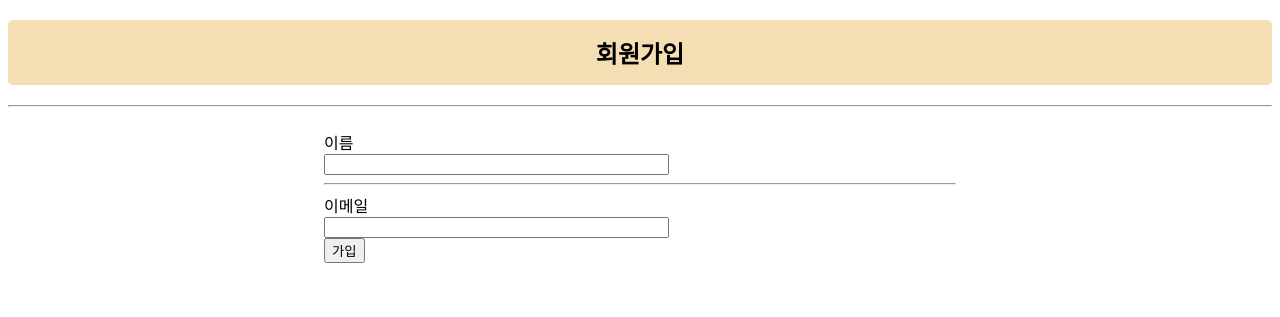
Repository: Hiron-Musk/JSP_ex
Page: jwbook/src/main/webapp/ch03/reform.html
The author's editor kept a copy of each file at every save. The page is drawn from the files as they stood at one save, then again after the next save.
The browser window is 1280 px wide. The pictures show the whole page.

Above is the page before, as saved 2024-03-08 05:30:39.

After the next save:
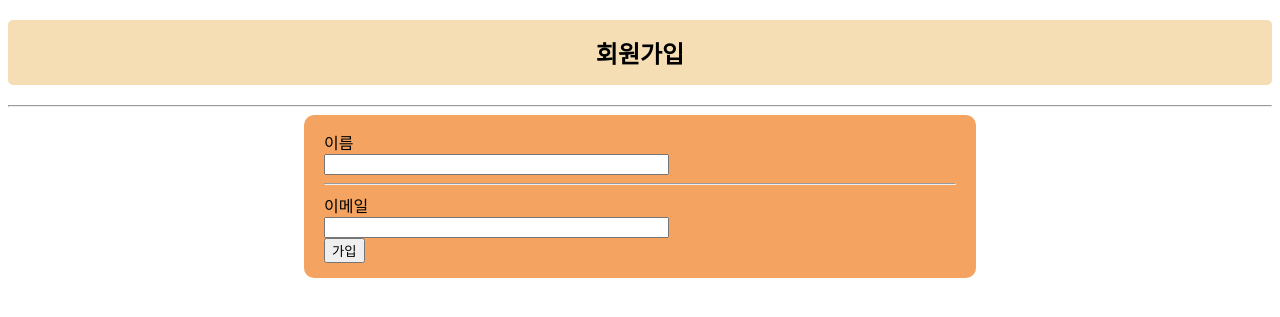
Saved 4 s later.
--- a/jwbook/src/main/webapp/ch03/reform.html
+++ b/jwbook/src/main/webapp/ch03/reform.html
@@ -15,8 +15,7 @@
 				border-radius: 10px;
 				margin:auto;
 				width:50%;
-				<label>이름</label><br>
-				<input type="text" name="name" size="40"><br>
+				background-color: SandyBrown;
 			}
 
 		</style>
